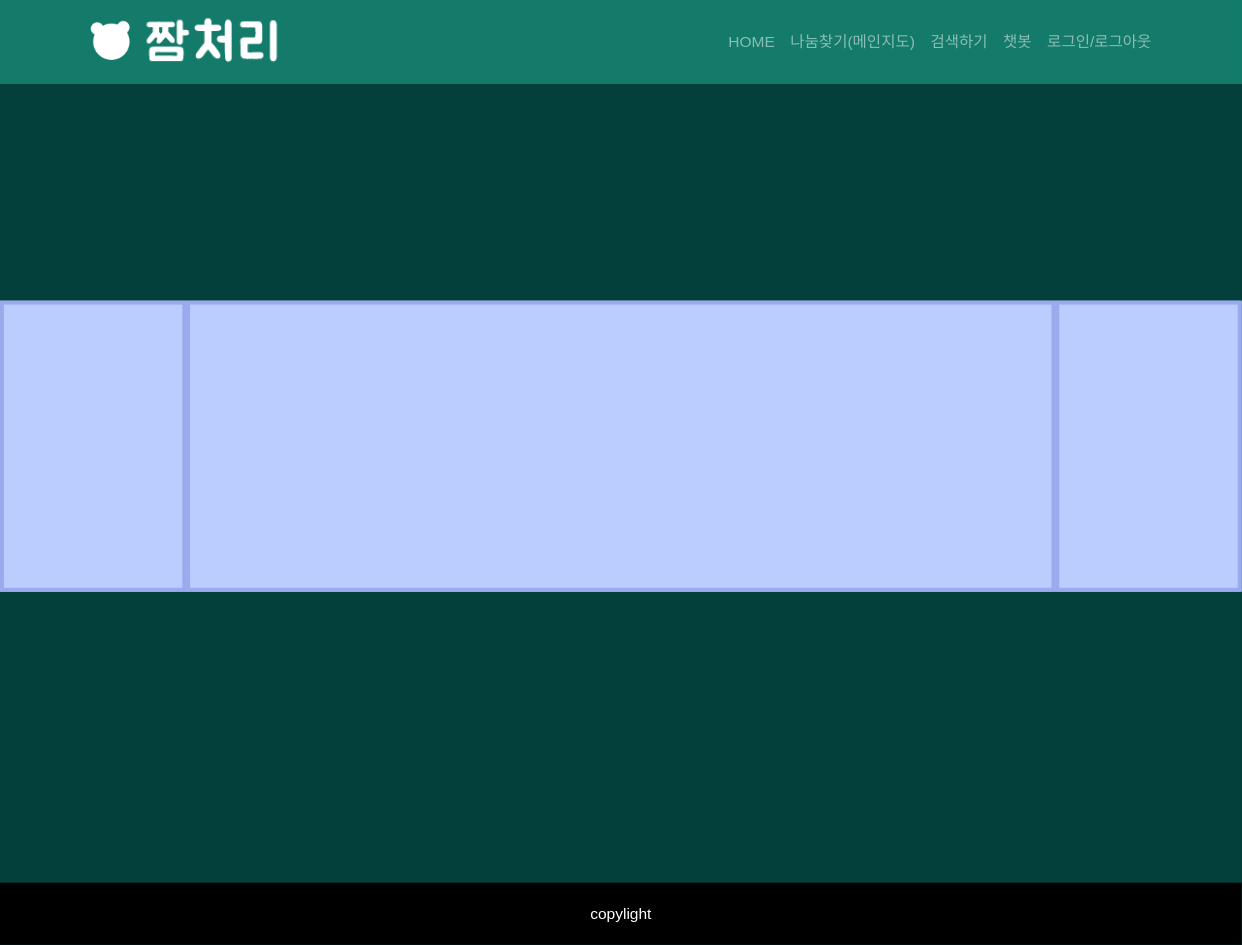
Repository: navang/JJAM_project
Page: http://localhost/jjam/jjam_7_result_fail.jsp
These files come from the project's save history. The page is drawn as it stood at one moment and after the next save; the edit follows.
The browser window is 1280 px wide. The pictures show the whole page, at 97% of full size.
Some web fonts or font styles are not loaded; a fallback is used. Some web libraries are served in a nearby version. The page is served by Tomcat 9. Nobody is signed in. The application's start-up code is not run. Other server files are loaded and not shown.

Above is the page before, as saved 2019-07-18 02:36:12.

### jjam/src/main/webapp/jjam_7_result_fail.jsp
<%@ page language="java" contentType="text/html; charset=UTF-8"
    pageEncoding="UTF-8"%>
<!DOCTYPE html>
<html>
<head>
<meta charset="UTF-8">
<meta name="viewport" content="width=device-width, initial-scale=1.0">
    <meta http-equiv="X-UA-Compatible" content="ie=edge">

    <link rel="stylesheet" href="https://stackpath.bootstrapcdn.com/bootstrap/4.3.1/css/bootstrap.min.css"
        integrity="sha384-ggOyR0iXCbMQv3Xipma34MD+dH/1fQ784/j6cY/iJTQUOhcWr7x9JvoRxT2MZw1T" crossorigin="anonymous">
    <script src="https://code.jquery.com/jquery-3.3.1.slim.min.js"
        integrity="sha384-q8i/X+965DzO0rT7abK41JStQIAqVgRVzpbzo5smXKp4YfRvH+8abtTE1Pi6jizo"
        crossorigin="anonymous"></script>
    <script src="https://cdnjs.cloudflare.com/ajax/libs/popper.js/1.14.7/umd/popper.min.js"
        integrity="sha384-UO2eT0CpHqdSJQ6hJty5KVphtPhzWj9WO1clHTMGa3JDZwrnQq4sF86dIHNDz0W1"
        crossorigin="anonymous"></script>
    <script src="https://stackpath.bootstrapcdn.com/bootstrap/4.3.1/js/bootstrap.min.js"
        integrity="sha384-JjSmVgyd0p3pXB1rRibZUAYoIIy6OrQ6VrjIEaFf/nJGzIxFDsf4x0xIM+B07jRM"
        crossorigin="anonymous"></script>
    <!-- https://getbootstrap.com/docs/4.3/getting-started/introduction/ 부트스트랩에서 가져옴-->



    <link rel="stylesheet" href="./resources/style/main.css">
    <link rel="stylesheet" href="./resources/style/login.css">

    <script src="https://kit.fontawesome.com/825d367943.js"></script>
<title>Insert title here</title>
<script>
  $(function(){

});

    </script>

<body>
    <!-- ---------------------------------상단 고정 메뉴바--------------------------------------------->
    <h1 class="seperator"></h1>
    <nav id="top_navcolor" class="navbar fixed-top navbar navbar-expand-xl navbar-dark">
        <!-- fixed-top 상단고정-->
        <div class="container">
            <!-- 브랜드 로고 삽입-->
            <a href="jjam_3_form.jsp" class="navbar-brand">
                <img id="logo" class="" style="width: 60px; height: 60px;" src="./resources/image/character.png" alt=""><img src="./resources/image/JJCR_white1.png">
            </a>
            <!-- 햄버거 버튼-->
            <button class="navbar-toggler ham" data-toggle="collapse" data-target="#myNav">
                <span class="navbar-toggler-icon"></span>
            </button>
            <!-- 네비게이션 버튼 -->
            <div id="myNav" class="collapse navbar-collapse justify-content-end">
                <ul class="navbar-nav">
                    <li class="nav-item"><a href="" class="nav-link">HOME</a></li>
                    <li class="nav-item"><a href="" class="nav-link">나눔찾기(메인지도)</a></li>
                    <li class="nav-item"><a href="" class="nav-link">검색하기</a></li>
                    <li class="nav-item"><a href="" class="nav-link">챗봇</a></li>
                    <li class="nav-item"><a href="" class="nav-link">로그인/로그아웃</a>

                    </li>
                </ul>
            </div>
        </div>
    </nav>



 <!--------------------------------------본문 ------------------------------------------------------>

 <div class="result-form">
        <!--전체화면 분할-->
     <div class=""></div>
     <div class=""></div>
     <div class=""></div>
     <div class="blue"></div>
     <div class="blue"></div>
     <div class="blue"></div>
     <div class=""></div>
     <div class=""></div>
     <div class=""></div>
     <div ></div>
</div>
</body>


<!-- Footer -->
<footer>
<div class="footer">copylight</div>
</footer>



</html>

### jjam/src/main/webapp/resources/style/main.css
@charset "utf-8";

@font-face {
    font-family: NanumSquareR;
    src: url(../font/NanumSquareR.woff) format('woff');
}

@font-face {
    font-family: NanumSquareL;
    src: url(../font/NanumSquareL.woff) format('woff');
}

@font-face {
    font-family: NanumSquareB;
    src: url(../font/NanumSquareB.woff) format('woff');
}





/* background*/


h1, h2, h3, h5, p {
    font-family: NanumSquareR, sans-serif;
    font-weight: 500;
    color: white;
}
h4{
    font-family: NanumSquareR, sans-serif;
    font-weight: 500;
    color: black;
}

h1, h2, h3 {
    margin-top: 10px;
    margin-bottom: 10px;
    font-weight: 700;
}

body{

    background: #033f3b;
}

#top_navbar {
    background: rgba(0,0,0,0.7);
}
#top_navcolor {
    background-color: #147b6b;
}

#top_navbar-nav > li > a {
    padding-top: 20px;
    padding-bottom: 20px;
}

.separator {
    background: #59e;
    margin-top: 80px;
    padding: 21px;
    text-align: center;
    color: #fff;
}

.red {
    background: #fcc;
    border: #eaa solid 4px;
}

.yellow {
    background: #f6f6c0;
    border: #dd7 solid 4px;
}


.green {
    font:white;
    background: #147b6b;

}

.bluegreen {
    background: #aee;
    border: #8dd solid 4px;
}

.blue {
    background: #bcf;
    border: #9ae solid 4px;
}



/*  풀어주기   */
.map-custom{
	width:700px;
	height:700px;
	position:relative;
	overflow:hidden;
	margin-left: 80px;
	border-radius:30px;
}

.carousel-item{
    width: 100%;
    height: 700px;
}

.bigfont{
	text-align:center;
	font-size: 100px;
    color: black;
    font-family: NanumSquareL;
    src: url(../font/NanumSquareL.woff) format('woff');

}

.carousel-caption * {
    color: white;
    width: 500%;
    height: 100%;
}
.white-text {
    color: white;
}
.row{
     display : grid;
     grid-template-columns: 100%;
     grid-template-rows: 70px 850px 100px ;
}
.mypage{
	display: grid;
	  grid-template-columns: 20% 60% 20%;
     grid-template-rows: 400px 1400px ;
}
.mypage-columns{
	display:grid;
	  grid-template-columns: 30% 70%;
 	text-align: center;

}
.mypage-rows{
	display:grid;
	  grid-template-rows: 30% 70%;


}
/* 햄버거*/
.ham{
	width:100px;
}

/* 2_search 페이지 */
.search{
    display : grid;
    grid-template-columns: 25% 50% 25%;
    grid-template-rows: 100px 300px 40px 50px 20px;
}
.search-grid {

    display : grid;
    text-align: center;
    grid-template-columns: 20% 20% 20% 20% 20%;
    grid-template-rows: 100px 100px 100px 100px 100px;
}
/* 3 form*/
/* 전체화면 분할*/
.modal-form{
    display : grid;
    grid-template-columns: 15% 70% 15%;
    grid-template-rows: 60px 500px ;

}
/* 가운데화면 분할*/
.modal-form-grid{
    display : grid;
    grid-template-columns: 60% 40%;
    grid-template-rows: 60px 100%;

}
/* */
.modal-inner-grid{
    display : grid;
    grid-template-columns: 50% 50%;

}

.modal-size{
    position: absolute;


}
/* modal fullsize*/
.modal-dialog.modal-fullsize {
    width: 150%; height: 100%; margin: 0; padding: 0;
}
.modal-content.modal-fullsize {
    height: auto;
    min-height: 100%;
    border-radius: 0;
  }


/* info modal img*/
.img-chatmodal{
    width:1900px;
    height: 950px;
    background-image:url('../image/chatbot_modal.png');
}

/*게시물 리스트*/
.form-list {
    display: grid;
    grid-template-columns:3% 20% 3% 74%;
    padding: 10px;
}


/* 5*5 그리드 */
#grid{
    display: grid;
    text-align: center;
    grid-template-columns:150px 150px 150px 150px 150px 150px;
}
/* 메인 1 페이지  */
.wrapper {
    display: grid;
    grid-template-columns: 5% 55% 40% ;
    grid-template-rows: 100px 7px 100px 30px 100px 100px 30px 100px 100px;
}

/* 4 login form*/
.login{
    display : grid;
    grid-template-columns: 30% 800px 27%;
    grid-template-rows: 100px 800px ;
}
.login-set{
    color : #1f0a01;
    background-color: white;
    border-radius: 15px;
    display:grid;
    grid-template-rows: 80px 380px 300px 40px;
    text-align: center;

}
.login-set.login-form{
    display: grid;
    grid-template-columns:240px 320px 240px;
    grid-template-rows: 100px 100px 100px ;

}
.design-border{
    border: silver solid 2px;
}

/* 7_result*/
.result-form{
    display: grid;
     grid-template-columns: 15% 70% 15%;
    grid-template-rows: 300px 300px 300px ;
}
/* footer*/
.footer {
    left: 0;
    bottom: 0;
    width: 100%;
	padding: 20px 0;
	text-align: center;
	color: white;
	background:  black;
}
.card {
  height: 30%;
}
.card-columns {
    @include media-breakpoint-only(lg) {
      column-count: 4;
    }
    @include media-breakpoint-only(xl) {
      column-count: 5;
    }
  }
@media (max-width:640px) {
    .bigfont{
        font-size: 700%;
    }
    .search{
        display : grid;
        grid-template-columns: 0px 100% 0px;
        grid-template-rows: 100px 600px 30px 30px 20px ;
    }
      /* 5*5 그리드 */
    #grid{
    display: grid;
    text-align: center;
    grid-template-columns:160px 160px 160px;
}

    .wrapper {
    display: grid;
    grid-template-columns: 5% 90% 5% ;
    grid-template-rows: 100px 60px 30% 30px 70px 100px 100px 100px 10px;
    }
    .search-grid {

        display : grid;
        text-align: center;
        grid-template-columns: 25% 25% 25% 25%;
        grid-template-rows: 50px  50px  50px 50px  50px  50px;
    }


    .mypage{
	display: grid;
	  grid-template-columns: 100%;
     grid-template-rows: 0px  0px   170px  0px   500px;
}
.mypage-columns{
	display:grid;
	 grid-template-columns: 100%;
		  grid-template-rows: 400px 50%;

}
.mypage-rows{
	display:grid;

		  grid-template-template: 100%;
		   grid-template-rows: 60% 40%;
}
.mypage-menu{
	display:grid;

		  grid-template-rows: 25% 25% 25% 25%;
}


    /*챗 모달 사용설명서*/
    .img-chatmodal{
        width:640px;
        height: 950px;
        background-image:url('../image/chatbot_modal_mobile.png');

    }
    /* modal fullsize*/
    .modal-dialog.modal-fullsize {
    width: 100%; height: 100%; margin: 0; padding: 0;
    }
    .modal-content.modal-fullsize {
    height: auto;
    min-height: 100%;
    border-radius: 0;
  }
    /* 가운데화면 분할*/
    .modal-form-grid{
    display : grid;
    grid-template-columns: 100%;
    grid-template-rows: 30px 30px 440px;

    }
    .modal-inner-grid{
        display : grid;
        grid-template-columns: 100%;

    }
    /* 4 login form*/
    .login{
    display : grid;
    grid-template-columns: 0px 640px 0px;
    grid-template-rows: 50px 640px ;
}
.result-form{
    display: grid;
     grid-template-columns: 0% 100% 0%;
    grid-template-rows: 100px 700px 100px ;
}
.ham{
	width:100px;
}
/* footer*/
.footer {
    left: 0;
    bottom: 0;
    width: 100%;
	padding: 20px;
	text-align: center;
	color: white;
	background:  black;
}


}

### jjam/src/main/webapp/resources/style/login.css



@import url(https://fonts.googleapis.com/css?family=Raleway:700,800);

html, body { margin: 0; }

:focus { outline: none; }
::-webkit-input-placeholder { color: #DEDFDF; }
::-moz-placeholder { color: #DEDFDF; }
:-moz-placeholder { color: #DEDFDF; }
::-ms-input-placeholder { color: #DEDFDF; }

body {
  background: #033f3b;
  color: #fff;
  font-family: 'Raleway', sans-serif;
  -webkit-font-smoothing: antialiased;
}

#wrapper, label, #arrow, button span { transition: all .5s cubic-bezier(.6,0,.4,1); }

#wrapper { overflow: hidden; }

#signin:checked ~ #wrapper { height: 178px; }
#signin:checked ~ #wrapper #arrow { left: 32px; }
#signin:checked ~ button span { transform: translate3d(0,-72px,0); }

#signup:checked ~ #wrapper { height: 335px; }
#signup:checked ~ #wrapper #arrow { left: 137px; }
#signup:checked ~ button span { transform: translate3d(0,-144px,0); }

#reset:checked ~ #wrapper { height: 94px; }
#reset:checked ~ #wrapper #arrow { left: 404px; }
#reset:checked ~ button span { transform: translate3d(0,0,0); }

form {
  width: 450px;
  height: 370px;
  margin: -185px -225px;
  position: absolute;
  left: 50%;
  top: 50%;
}

input[type=radio] { display: none; }

label {
  cursor: pointer;
  display: inline-block;
  font-size: 22px;
  font-weight: 800;
  opacity: .5;
  margin-bottom: 30px;
  text-transform: uppercase;
}
label:hover {
  transition: all .3s cubic-bezier(.6,0,.4,1);
  opacity: 1;
}
label[for="signin"] { margin-right: 20px; }
label[for="reset"] { float: right; }
input[type=radio]:checked + label { opacity: 1; }

input[type=text],
input[type=password] {
  background: #fff;
  border: none;
  border-radius: 8px;
  font-size: 27px;
  font-family: 'Raleway', sans-serif;
  height: 72px;
  width: 99.5%;
  margin-bottom: 10px;
  opacity: 1;
  text-indent: 20px;
  transition: all .2s ease-in-out;
}
button {
  background: #147b6b;
  border: none;
  border-radius: 8px;
  color: #fff;
  cursor: pointer;
  font-family: 'Raleway', sans-serif;
  font-size: 27px;
  height: 72px;
  width: 100%;
  margin-bottom: 10px;
  overflow: hidden;
  transition: all .3s cubic-bezier(.6,0,.4,1);
}
button span {
  display: block;
  line-height: 72px;
  position: relative;
  top: -2px;
  transform: translate3d(0,0,0);
}
button:hover {
  background: #007BA5;
}

#arrow {
  height: 0;
  width: 0;
  border-bottom: 10px solid #fff;
  border-left: 10px solid transparent;
  border-right: 10px solid transparent;
  position: relative;
  left: 32px;
}


#hint {
  width: 100%;
  text-align: center;
  position: absolute;
  bottom: 20px;
}

After the next save:
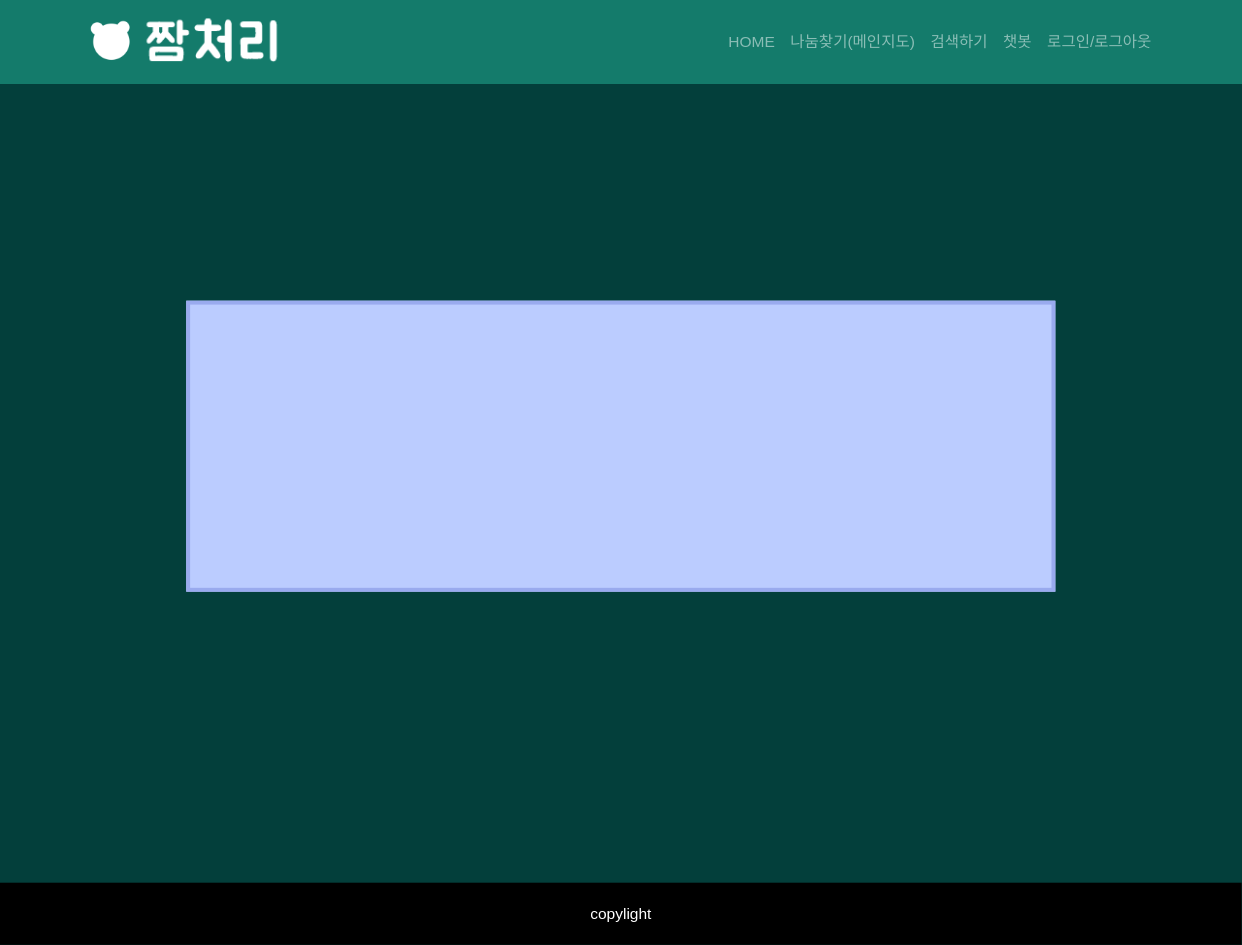
Saved 3 min 18 s later.
--- a/jjam/src/main/webapp/jjam_7_result_fail.jsp
+++ b/jjam/src/main/webapp/jjam_7_result_fail.jsp
@@ -72,9 +72,9 @@
      <div class=""></div>
      <div class=""></div>
      <div class=""></div>
+     <div class=""></div>
      <div class="blue"></div>
-     <div class="blue"></div>
-     <div class="blue"></div>
+     <div class=""></div>
      <div class=""></div>
      <div class=""></div>
      <div class=""></div>
